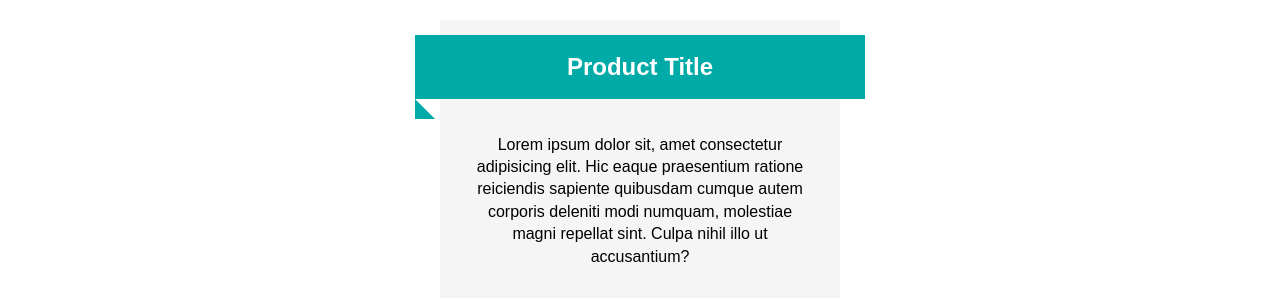
Repository: sayco/CSS-Front-End-Tutorials---Elzero
Page: 3-Create Ribbon Without Images/index.html
These files come from the project's save history. The page is drawn as it stood at one moment and after the next save; the edit follows.
The browser window is 1280 px wide. The pictures show the whole page.

Above is the page before, as saved 2021-06-14 01:35:56.

After the next save:
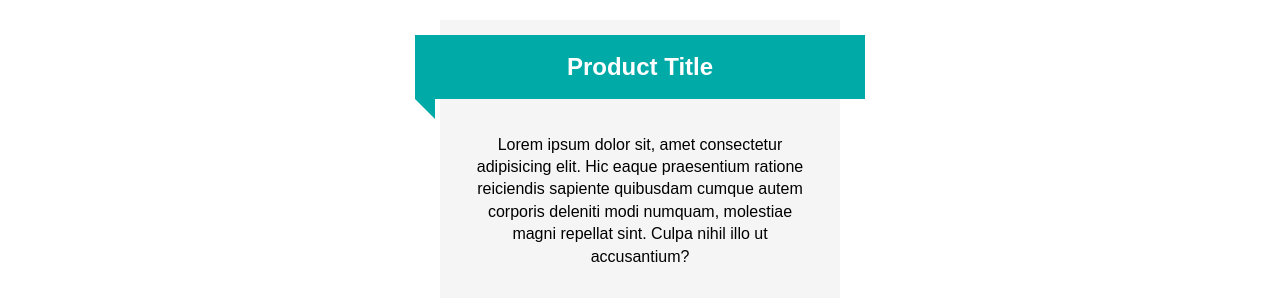
Saved 37 s later.
--- a/3-Create Ribbon Without Images/style.css
+++ b/3-Create Ribbon Without Images/style.css
@@ -34,7 +34,7 @@ body
 .product h2::before
 {
     content: "";
-    border-color: transparent transparent #00aaa7 #00aaa7;
+    border-color: #00aaa7 #00aaa7 transparent transparent ;
     border-width: 10px;
     border-style: solid;
     position: absolute;
